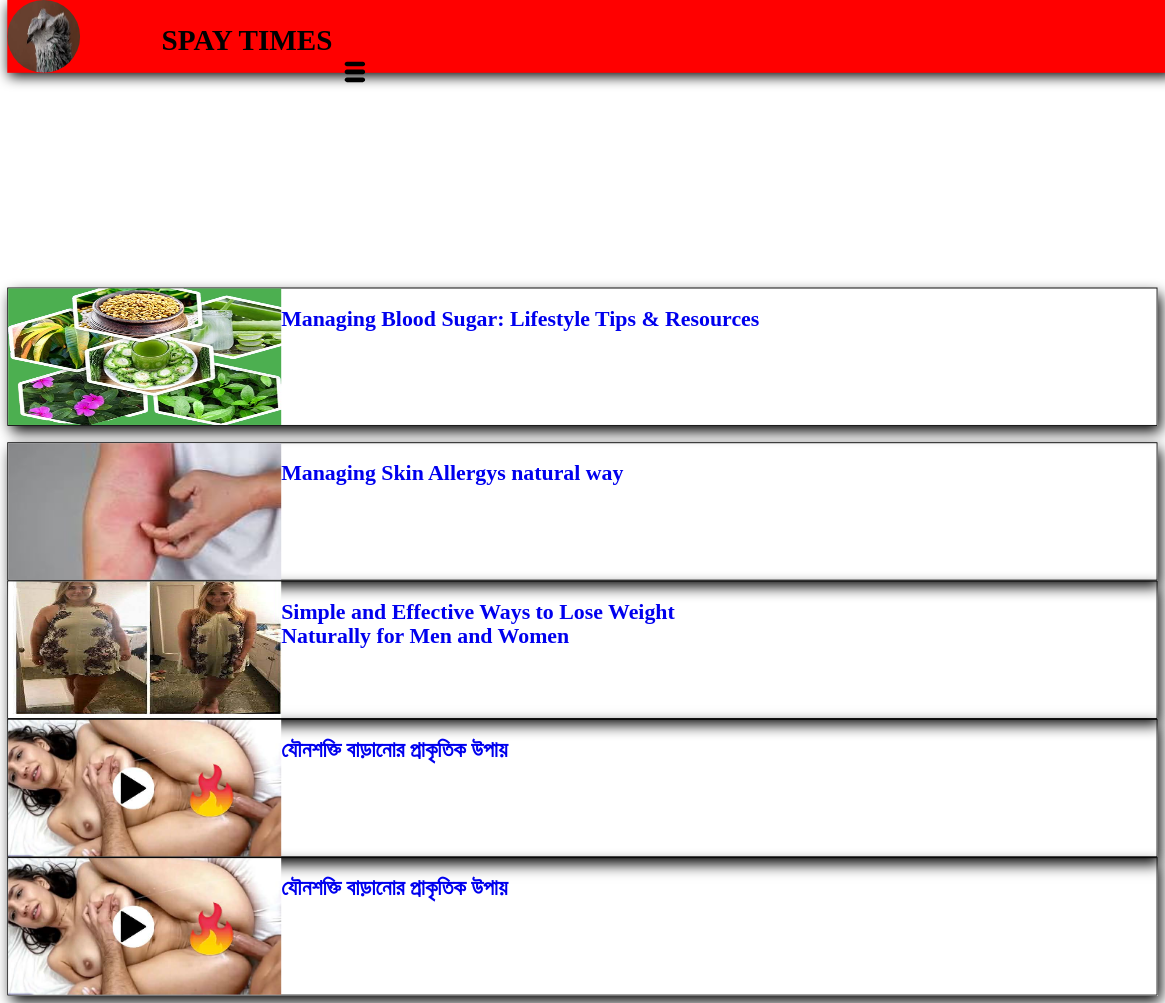
Repository: ridhukhan/spytimes
Page: /health
These files come from the project's save history. The page is drawn as it stood at one moment and after the next save; the edit follows.
The browser window is 1280 px wide. The pictures show the whole page, at 91% of full size.
The project was rebuilt for these pictures with package versions that can differ from the ones it lists, and the page was loaded fresh each time. Also part of the build but not shown: vite.config.js, src/components/ads/ExoclicBanner.jsx, src/components/ads/MagSrvInPlaceAd.jsx, src/pages/home/Home.jsx, src/components/policy/PrivecyPolicy.jsx, src/components/policy/Terms.jsx, src/components/trending/TrendingDetails.jsx, src/pages/heath/Dieabeties.jsx and 4 more.

Above is the page before, as saved 2026-01-15 13:25:36.

### index.html
<!doctype html>
<html lang="en">
  <head>
    <meta charset="UTF-8" />
    <link rel="icon" type="image/svg+xml" href="/vite.svg" />
    <meta name="6a97888e-site-verification" content="945cf2ffcb6885b11db89e632c2e0750">
    <meta name="viewport" content="width=device-width, initial-scale=1.0" />
    <title>spytimes</title>
  </head>
  <body>
<script async type="application/javascript" src="https://a.magsrv.com/ad-provider.js"></script>
 <ins class="eas6a97888e42" data-zoneid="5828556"></ins>
 <script>(AdProvider = window.AdProvider || []).push({"serve": {}});</script>
    <script async type="application/javascript" src="https://a.magsrv.com/ad-provider.js"></script>
 <ins class="eas6a97888e42" data-zoneid="5828556"></ins>
 <script>(AdProvider = window.AdProvider || []).push({"serve": {}});</script>
    <script type="application/javascript">
    var ad_idzone = "5827850",
    ad_popup_fallback = false,
    ad_popup_force = false,
    ad_chrome_enabled = true,
    ad_new_tab = false,
    ad_frequency_period = 30,
    ad_frequency_count = 1,
    ad_trigger_method = 3,
    ad_trigger_delay = 0,
    ad_capping_enabled = true;
</script>
<script type="application/javascript" src="https://a.pemsrv.com/popunder1000.js"></script>
       <script async src="https://a.pemsrv.com/ad-provider.js"></script>
<ins class="eas6a97888e33" data-zoneid="5827872"></ins>
       <div id="root"></div>

<script>(AdProvider = window.AdProvider || []).push({"serve": {}});</script>

<script async type="application/javascript" src="https://a.magsrv.com/ad-provider.js"></script>
 <ins class="eas6a97888e14" data-zoneid="5827854"></ins>
 <script>(AdProvider = window.AdProvider || []).push({"serve": {}});</script>
<script type="module" src="/src/main.jsx"></script>

<script async type="application/javascript" src="https://a.magsrv.com/ad-provider.js"></script>
 <ins class="eas6a97888e31" data-zoneid="5829372"></ins>
 <script>(AdProvider = window.AdProvider || []).push({"serve": {}});</script>
 </body>
</html>

### src/main.jsx
import {BrowserRouter} from "react-router-dom"

import { createRoot } from 'react-dom/client'
import './index.css'
import App from './App.jsx'
import { StrictMode } from "react"
createRoot(document.getElementById('root')).render(

    <BrowserRouter>
    <App />
    </BrowserRouter>

 ,
)

### src/index.css
@media screen and (max-width:414px){
  *{
    width: 100%;
    padding:0;
margin: 0;
  }

  body{
width: 100%;
background-color: white;
color: black;
  }
}

### src/App.jsx
import { Route, Routes } from "react-router-dom"
import Navbar from "./nav/Navbar"
import Home from "./pages/home/Home"
import PrivecyPolicy from "./components/policy/PrivecyPolicy"
import Terms from "./components/policy/Terms"
import TrendingDetails from "./components/trending/TrendingDetails"
import Dieabeties from "./pages/heath/Dieabeties"
import Health from "./pages/heath/Health"
import Allergy from "./pages/heath/Allergy"
import WeightLose from "./pages/heath/WeightLose"
import Bangla from "./pages/heath/Bangla"
import Panisgrowth from "./pages/heath/Panisgrowth"

function App() {

  return (
    <div>

   <Navbar/>

   <Routes>
    <Route path="/" element={<Home/>}/>
    <Route  path="/privecypolicy" element={<PrivecyPolicy/>}/>
    <Route  path="/Terms" element={<Terms/>}/>
    <Route  path="/Trendingdetails" element={<TrendingDetails/>}/>
    <Route path="/blood-sugar-natural-tips" element={<Dieabeties/>}/>
<Route path="/health" element={<Health/>}/>
<Route path="/allergy" element={<Allergy/>}/>
<Route path="/weightlose" element={<WeightLose/>}/>
<Route path="/secret-solution" element={<Bangla/>}/>
<Route path="/panis-growth" element={<Panisgrowth/>}/>




   </Routes>
    </div>
  )
}

export default App

### src/nav/Navbar.jsx
import React from 'react'
import "./Navbar.css"
import { ImCross } from "react-icons/im";
import { TiThMenu } from "react-icons/ti";
import logo from "../assets/download.jpeg"
import { useState } from 'react';
import { Link} from 'react-router-dom';
const Navbar = () => {
    const [openmenu,setOpenmenu]=useState(false)
  return (
    <div style={{position:"fixed",backgroundColor:"red",display:"flex",
    width:"100%", height:"80px", top:"0", zIndex:"1000", boxShadow:"2px 5px 14px black"}}>
<img src={logo} alt="logo" style={{width:"80px", height:"80px", borderRadius:"100%"}}/>
<h1 style={{marginTop:"2%", marginLeft:"7%",}}>SPAY TIMES</h1>
<TiThMenu  onClick={()=>setOpenmenu(!openmenu)}  style={{width:"50px",height:"30px", marginTop:"5%", }}/>

   {openmenu? <div style={{display:"grid",position:"absolute",width:"90%",background:"black", height:"600px", zIndex:"999", marginTop:"10%", borderRadius:"19px", right:"0"}}>
<ImCross onClick={()=>setOpenmenu(null)} style={{ color:"red", left:"0", justifyContent:"flex-start", width:"50px", height:"30px"}}/>

  <ul>


    <Link to={"/"}><li onClick={()=>setOpenmenu(null)}>Home</li></Link>
    <li>USA</li>
    <li>UK</li>
    <li>ASIA</li>
    <Link to={"/health"}><li onClick={()=>setOpenmenu(null)}>Health</li></Link>
   <Link to={"/privecypolicy"}><li   onClick={()=>setOpenmenu(null)} style={{color:"blue"}}>Privecy Policy</li></Link>
<Link to={"/Terms"}><li  onClick={()=>setOpenmenu(null)} style={{color:"blue"}}>Terms &  condition</li></Link>

  </ul>










   </div>: null}
    </div>
  )
}


export default Navbar

### src/pages/heath/Health.jsx
import React from 'react'
import diabetes from "../../assets/diabetes01.png"
import alergy from "../../assets/Allergy.jpeg"
import weightlose from "../../assets/weightlose.jpeg"
import bangla1 from "../../assets/bangla1.jpeg"
import dick1 from "../../assets/dick1.jpeg"


import { Link } from 'react-router-dom'
const Health = () => {
  return (
    <div style={{marginTop:"25%"}}>

<div style={{display:"flex", boxShadow:"4px 7px 15px black", border:"1px solid black"}}>
<img src={diabetes} alt="Healthy lifestyle tips for supporting blood suger"  style={{width:"300px", height:"150px"}}/>
<Link to={"/blood-sugar-natural-tips"}><h2 >Managing Blood Sugar: Lifestyle Tips & Resources</h2></Link>
</div>
<br />
<div style={{display:"flex", boxShadow:"4px 7px 15px black", border:"1px solid black"}}>
<img src={alergy} alt="Natural ways to support allergy relief"  style={{width:"300px", height:"150px"}}/>
<Link to={"/allergy"}><h2 >Managing Skin Allergys natural way</h2></Link>
</div>

<div style={{display:"flex", boxShadow:"4px 7px 15px black", border:"1px solid black"}}>
<img src={weightlose} alt="Natural ways to support Weight Lose"  style={{width:"300px", height:"150px"}}/>
<Link to={"/weightlose"}><h2 >Simple and Effective Ways to Lose Weight <br /> Naturally for Men and Women</h2></Link>
</div>
<div style={{display:"flex", boxShadow:"4px 7px 15px black", border:"1px solid black"}}>
<img src={bangla1} alt="যৌনশক্তি বাড়ানোর প্রাকৃতিক উপায়"  style={{width:"300px", height:"150px"}}/>
<Link to={"/secret-solution"}><h2 >যৌনশক্তি বাড়ানোর প্রাকৃতিক উপায়</h2></Link>
</div>
<div style={{display:"flex", boxShadow:"4px 7px 15px black", border:"1px solid black"}}>
<img src={bangla1} alt="যৌনশক্তি বাড়ানোর প্রাকৃতিক উপায়"  style={{width:"300px", height:"150px"}}/>
<Link to={"/secret-solution"}><h2 >যৌনশক্তি বাড়ানোর প্রাকৃতিক উপায়</h2></Link>
</div>
    </div>
  )
}

export default Health

### src/nav/Navbar.css
ul li{
text-align: center;
    color: aliceblue;
    border-bottom: 2px solid white;
    font-size: 40px;
    list-style: none;
    cursor: pointer;

}
ul li:hover{
    background-color: brown;
}
a{
    text-decoration: none;
}

After the next save:
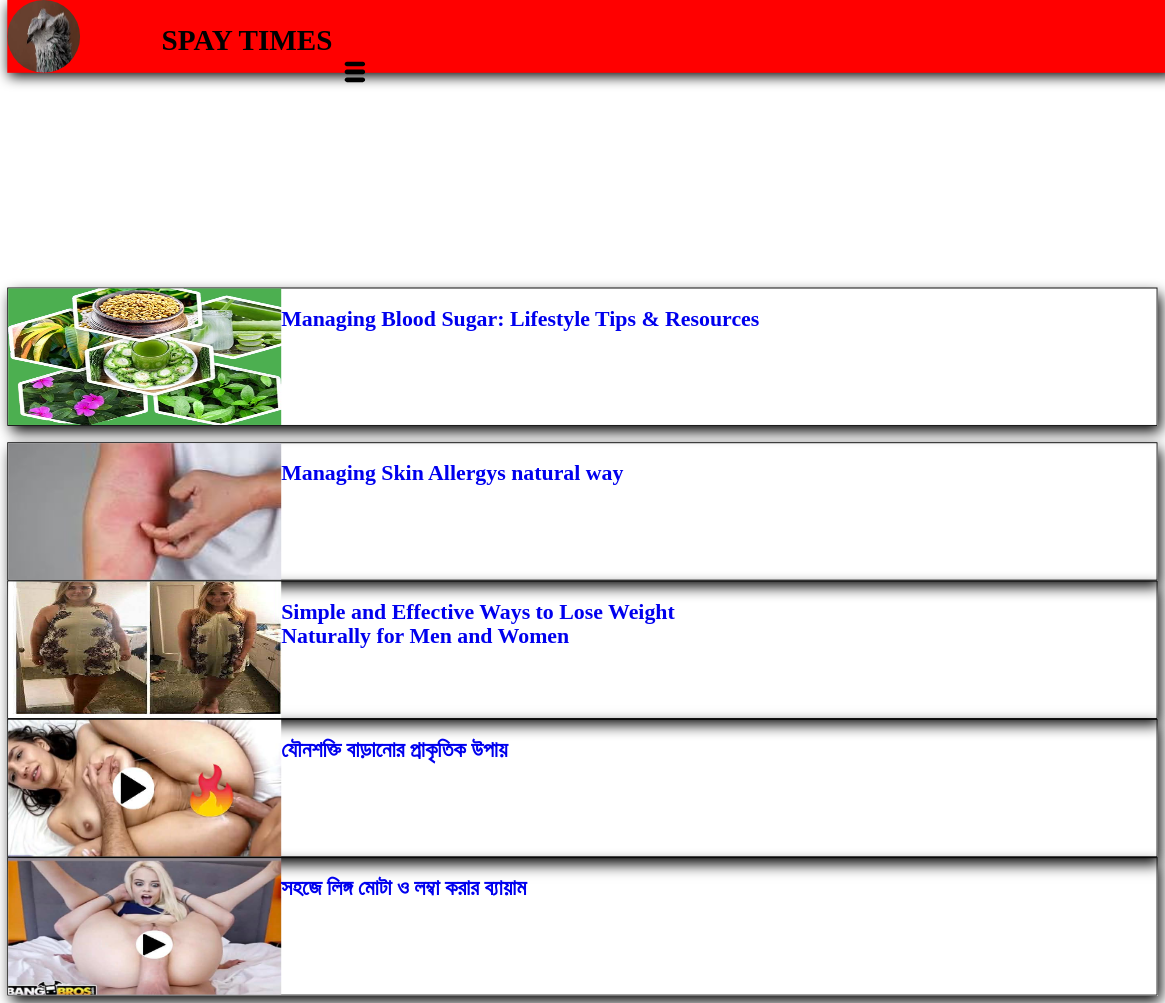
Saved 47 s later.
--- a/src/pages/heath/Health.jsx
+++ b/src/pages/heath/Health.jsx
@@ -30,8 +30,8 @@ const Health = () => {
 <Link to={"/secret-solution"}><h2 >যৌনশক্তি বাড়ানোর প্রাকৃতিক উপায়</h2></Link>
 </div>
 <div style={{display:"flex", boxShadow:"4px 7px 15px black", border:"1px solid black"}}>
-<img src={bangla1} alt="যৌনশক্তি বাড়ানোর প্রাকৃতিক উপায়"  style={{width:"300px", height:"150px"}}/>
-<Link to={"/secret-solution"}><h2 >যৌনশক্তি বাড়ানোর প্রাকৃতিক উপায়</h2></Link>
+<img src={dick1} alt="সহজে লিঙ্গ মোটা ও লম্বা করার ব্যায়াম"  style={{width:"300px", height:"150px"}}/>
+<Link to={"/panis-growth"}><h2 >সহজে লিঙ্গ মোটা ও লম্বা করার ব্যায়াম</h2></Link>
 </div>
     </div>
   )
